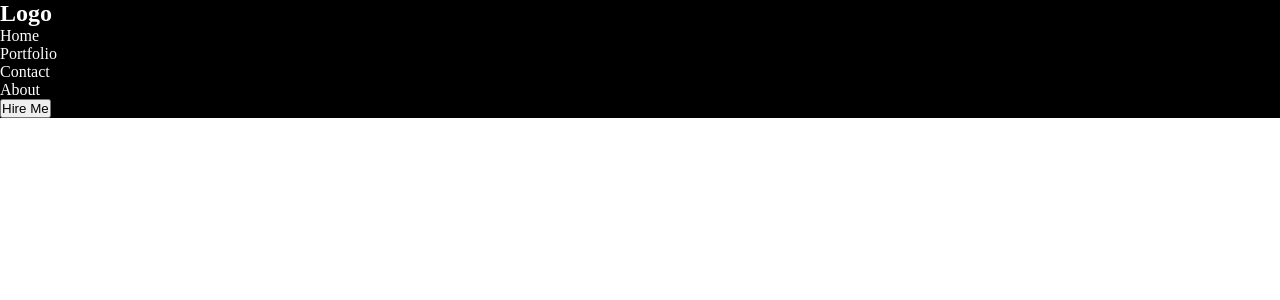
Repository: DevAntonioRogers/vanilla-responsive-navbar
Page: index.html
An editor plug-in stored every save of this project. The page is shown before and after the next save, followed by the edit.
The browser window is 1280 px wide. The pictures show the whole page.

Above is the page before, as saved 2023-06-04 21:06:52.
Console error: TypeError: Cannot read properties of null (reading 'addEventListener')

### index.html
<!DOCTYPE html>
<html lang="en">
  <head>
    <meta charset="UTF-8" />
    <meta http-equiv="X-UA-Compatible" content="IE=edge" />
    <meta
      name="viewport"
      content="width=device-width, initial-scale=1.
    0"
    />
    <link rel="stylesheet" href="style.css" />
    <title>Document</title>
  </head>
  <body>
    <nav>
      <div class="nav-container">
        <h1>Logo</h1>

        <ul>
          <li>Home</li>
          <li>Portfolio</li>
          <li>Contact</li>
          <li>About</li>
        </ul>

        <button>Hire Me</button>
      </div>
    </nav>
    <script src="app.js"></script>
  </body>
</html>

### style.css
* {
  box-sizing: border-box;
  padding: 0;
  margin: 0;
}

nav {
  background-color: black;
}

.nav-container {
  background-color: inherit;
  width: 85%;
  color: white;
}

### app.js
const hamburger = document.querySelector('.hamburger')
const navMenu = document.querySelector('.nav-menu')

hamburger.addEventListener('click', () => {
  hamburger.classList.toggle('active')
  navMenu.classList.toggle('active')
})




const textToType = ["JavaScript.", "React.", "HTML.", "CSS."];
let currentIndex = 0;
let currentText = "";
let deleting = false;

function typeText() {
  if (currentIndex >= textToType.length) {
    currentIndex = 0;
  }

  currentText = deleting
    ? textToType[currentIndex].substring(0, currentText.length - 1)
    : textToType[currentIndex].substring(0, currentText.length + 1);

  document.getElementById("typing-text").textContent = currentText;

  if (!deleting && currentText === textToType[currentIndex]) {
    deleting = true;
    setTimeout(typeText, 1000);
  } else if (deleting && currentText === "") {
    deleting = false;
    currentIndex++;
    setTimeout(typeText, 500);
  } else {
    setTimeout(typeText, deleting ? 100 : 200);
  }
}

typeText();

After the next save:
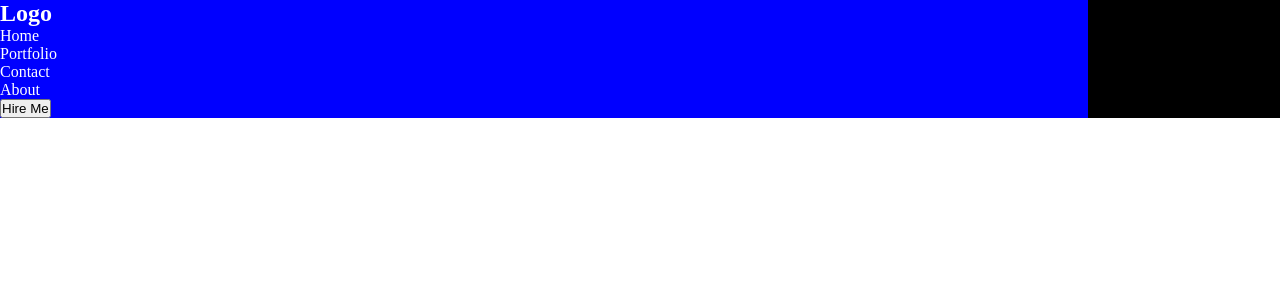
Saved 8 s later.
--- a/style.css
+++ b/style.css
@@ -9,7 +9,7 @@
 }
 
 .nav-container {
-  background-color: inherit;
+  background-color: blue;
   width: 85%;
   color: white;
 }
